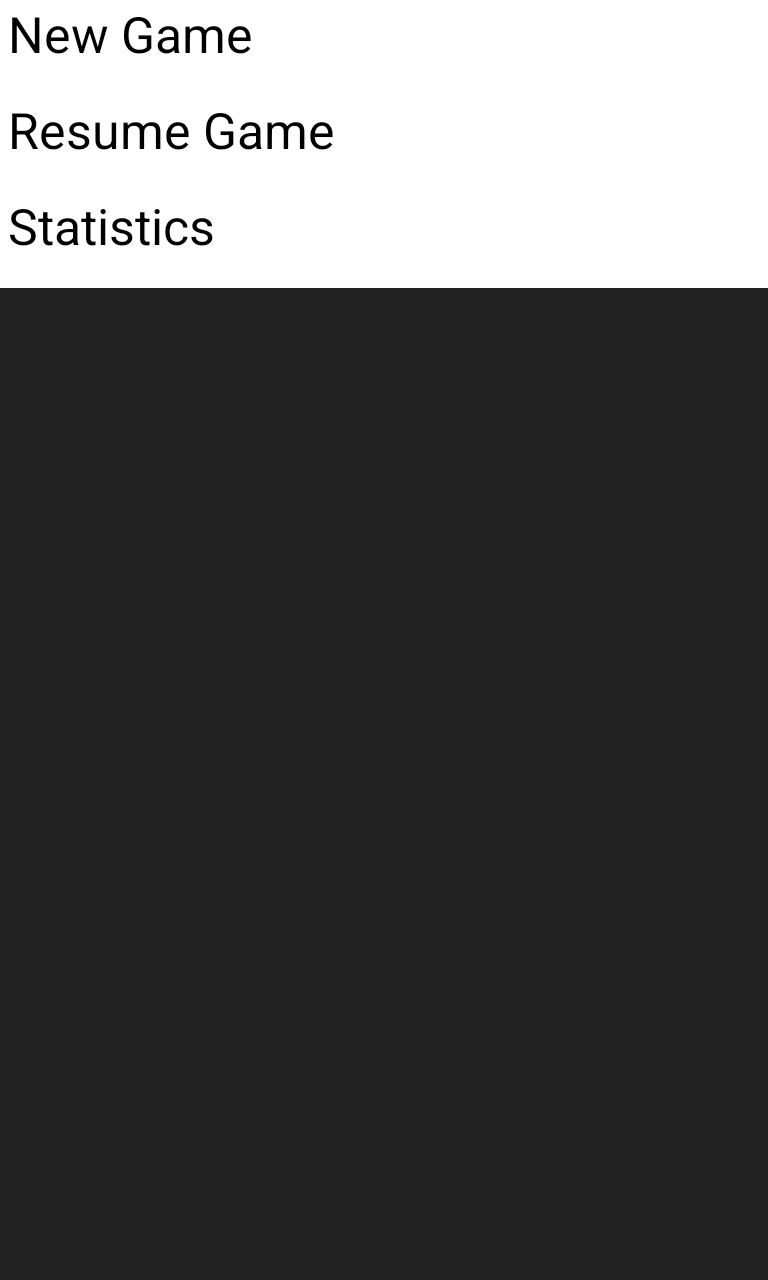
Repository: andyhurd/SuperMunchkin
Layout: SuperMunchkin/res/layout/activity_main_menu.xml
An editor plug-in stored every save of this project. The layout is shown before and after the next save, followed by the edit.
It is drawn on a 768 x 1280 px phone screen (xhdpi) without system bars, with theme AppTheme; the app's code is not run.

Above is the layout before, as saved 2012-11-02 01:21:08.

### SuperMunchkin/res/layout/activity_main_menu.xml

    <LinearLayout xmlns:android="http://schemas.android.com/apk/res/android"
        android:layout_width="fill_parent"
        android:layout_height="fill_parent"
        android:orientation="vertical"
        android:gravity="top"
        android:background="@color/charcoal" >

	    <LinearLayout
	        android:layout_width="fill_parent"
	        android:layout_height="wrap_content"
	        android:orientation="vertical"
	        android:gravity="center"
	        android:background="@android:color/white" >

	        <Button
	            android:id="@+id/newGameButton"
	            android:layout_width="match_parent"
	            android:layout_height="wrap_content"
	            android:text="@string/new_game"
		        android:textColor="@android:color/black"
		        android:textSize="25dip"
		        android:gravity="left"
		        style="?android:attr/borderlessButtonStyle" />

	        <Button
	            android:id="@+id/resumeGameButton"
	            android:layout_width="match_parent"
	            android:layout_height="wrap_content"
	            android:text="@string/resume_game"
		        android:textColor="@android:color/black"
		        android:textSize="25dip"
		        android:gravity="left"
		        style="?android:attr/borderlessButtonStyle" />

	        <Button
	            android:id="@+id/statisticsButton"
	            android:layout_width="match_parent"
	            android:layout_height="wrap_content"
	            android:text="@string/statistics"
		        android:textColor="@android:color/black"
		        android:textSize="25dip"
		        android:gravity="left"
		        style="?android:attr/borderlessButtonStyle" />
        </LinearLayout>

    </LinearLayout>

### SuperMunchkin/res/values/colors.xml
<resources>

    <color name="charcoal">#222222</color>
    <color name="charcoal_accent">#1A1A1A</color>
    <color name="mist">#BBBBBB</color>
    <color name="holo_blue_bright">#FF33FFFF</color>

</resources>

### SuperMunchkin/res/values/strings.xml
<resources>

    <string name="app_name">SuperMunchkin</string>
    <string name="averageGearAbbr">AVG GEAR</string>
    <string name="averageLevelAbbr">AVG LEVEL</string>
    <string name="cancel">Cancel</string>
    <string name="choose_next">Choose Next</string>
    <string name="declare_victor">is the winner!</string>
    <string name="done">Done</string>
    <string name="false_abbr">F</string>
    <string name="finish">Finish</string>
    <string name="firstName">First Name</string>
    <string name="first_player_prompt">Who Plays First?</string>
    <string name="gamesPlayedAbbr">GAMES PLAYED</string>
    <string name="gamesWonAbbr">GAMES WON</string>
    <string name="gear">Gear</string>
    <string name="gearAbbr">GEAR</string>
    <string name="lastName">Last Name</string>
    <string name="level">Level</string>
    <string name="levelAbbr">LEVEL</string>
    <string name="menu_settings">Settings</string>
    <string name="nextPlayer">Next Player</string>
    <string name="next_player_prompt">Who Plays Next?</string>
    <string name="one">1</string>
    <string name="new_game">New Game</string>
    <string name="player">PLAYER</string>
    <string name="playerName">Player Name</string>
    <string name="plus_sign">+</string>
    <string name="previousPlayer">Previous Player</string>
    <string name="reorder">Reorder</string>
    <string name="removePlayers">Remove Players</string>
    <string name="remove">Remove</string>
    <string name="restorePlayers">Restore Players</string>
    <string name="restore">Restore</string>
    <string name="resume_game">Resume Game</string>
    <string name="unfinished_game">Unfinished Game</string>
    <string name="save">Save</string>
    <string name="start">Start</string>
    <string name="statistics">Statistics</string>
    <string name="totalGearAbbr">TOTAL GEAR</string>
    <string name="totalLevelAbbr">TOTAL LEVEL</string>
    <string name="true_abbr">T</string>
    <string name="warrior">Warrior</string>
    <string name="warriorAbbr">WARR</string>
    <string name="warriorFull">WARRIOR</string>
    <string name="winPercentageAbbr">WIN%</string>
    <string name="zero">0</string>
    <string name="zeroPercent">0.0%</string>

</resources>

Loaded but not shown: SuperMunchkin/res/values-v11/styles.xml (common file); SuperMunchkin/res/values-v14/styles.xml (common file); SuperMunchkin/res/values/styles.xml (common file)

After the next save:
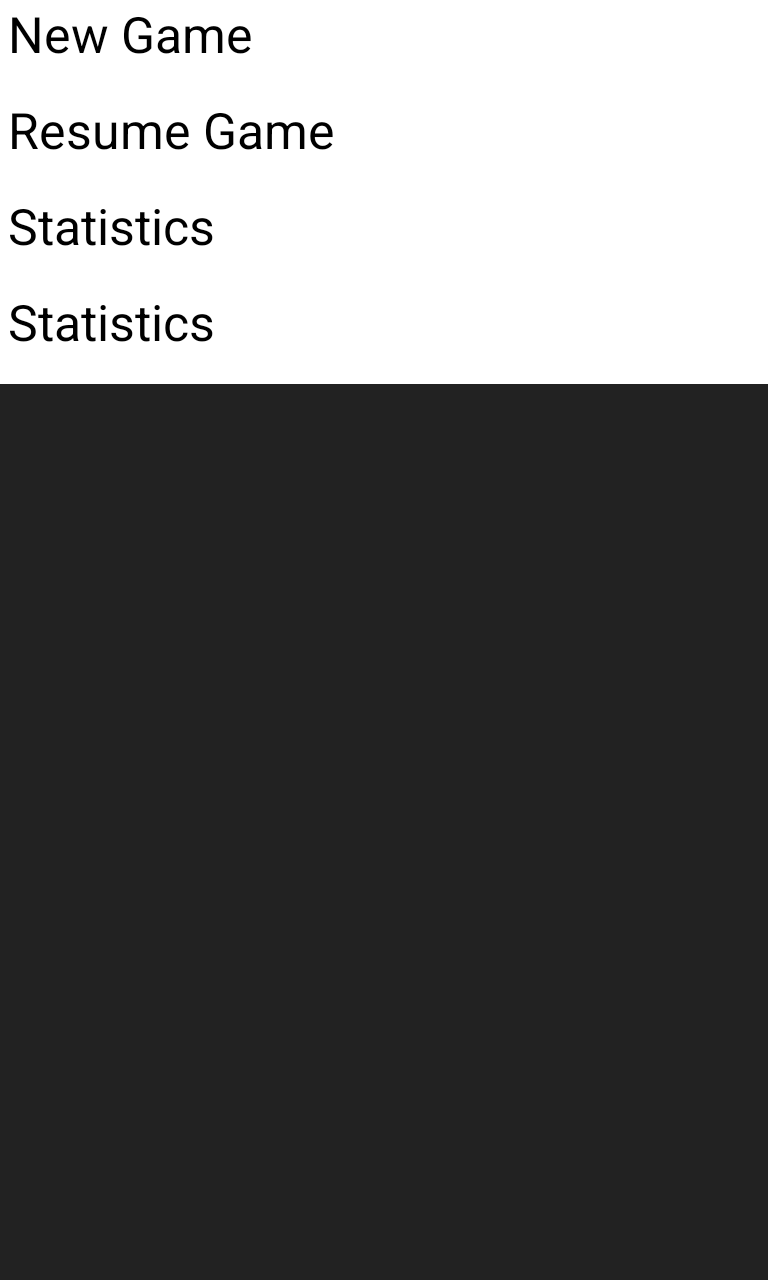
Saved 3 h 27 min later.
--- a/SuperMunchkin/res/layout/activity_main_menu.xml
+++ b/SuperMunchkin/res/layout/activity_main_menu.xml
@@ -42,6 +42,16 @@
 		        android:textSize="25dip"
 		        android:gravity="left"
 		        style="?android:attr/borderlessButtonStyle" />
+
+	        <Button
+	            android:id="@+id/playerManagement"
+	            android:layout_width="match_parent"
+	            android:layout_height="wrap_content"
+	            android:text="@string/statistics"
+		        android:textColor="@android:color/black"
+		        android:textSize="25dip"
+		        android:gravity="left"
+		        style="?android:attr/borderlessButtonStyle" />
         </LinearLayout>
 
     </LinearLayout>
